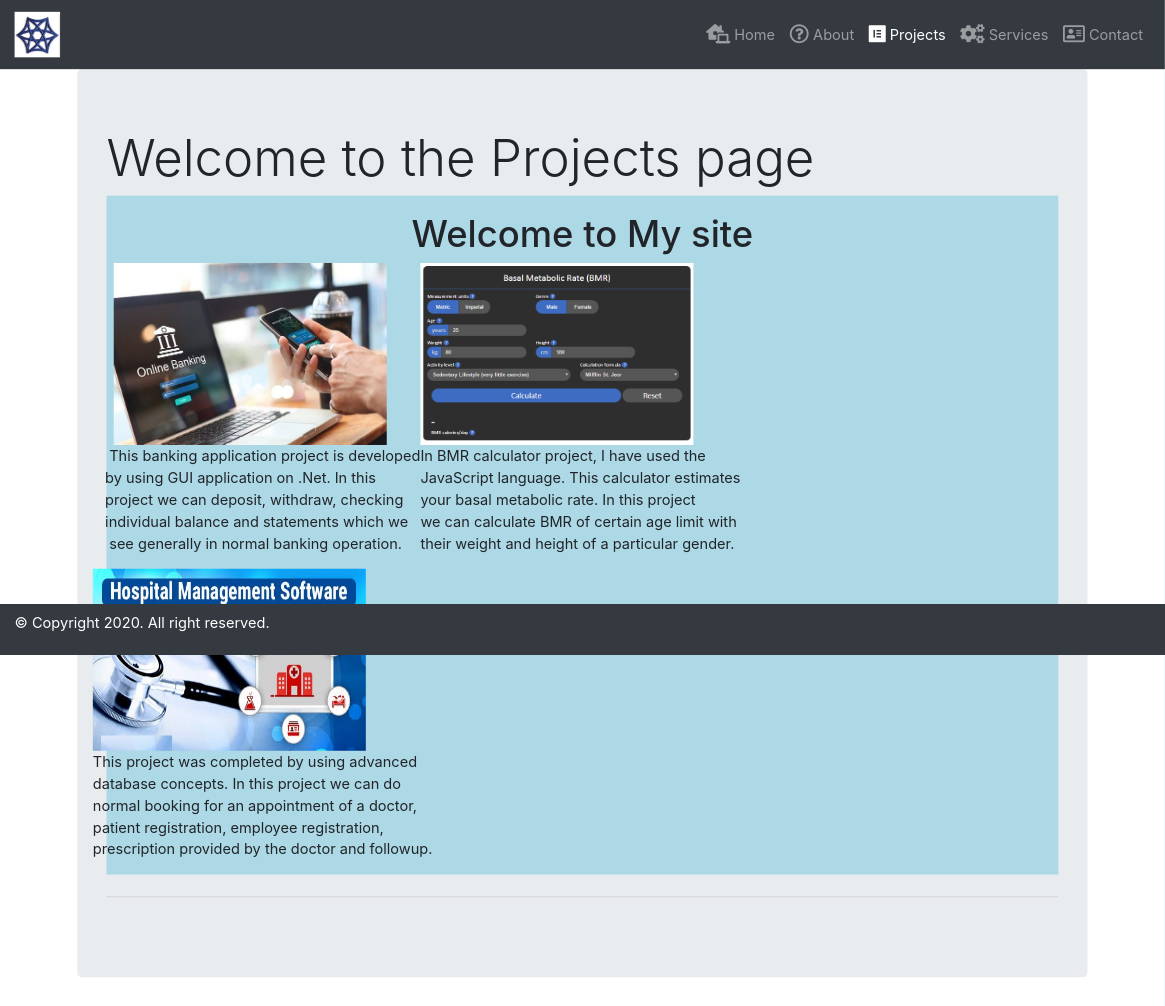
Repository: laxmangothe2020/COMP229Assignment
Page: http://localhost/projects
The author's editor kept a copy of each file at every save. The page is drawn from the files as they stood at one save, then again after the next save.
The browser window is 1280 px wide. The pictures show the whole page, at 91% of full size.
The page is served by the project's Node server (server.js). Other server files are loaded and not shown.

Above is the page before, as saved 2021-02-11 23:52:39.

### views/index.ejs

<%- include partials/header.ejs %>

   <%- include partials/main_nav.ejs %>

      <!-- Main Contain -->
   <main class="container">
    <div class="jumbotron">
    <h1 class="display-4"> Welcome to the <%= title %> page </h1>
    <!--Using Switch case all infornation passed through here-->
      <% switch (title) {
        case 'Home' : %>
        <%- include partials/home.ejs %>
                <% break;

        case 'About' : %>
        <%- include partials/about.ejs %>
                <% break;

        case 'Projects' : %>
        <%- include partials/projects.ejs %>
                <% break;

        case 'Services' : %>
        <%- include partials/services.ejs %>
                <% break;

        case 'Contact' : %>
        <%- include partials/contact.ejs %>
              <% break;
       } %>
      <hr class="my-4">
    </div>
  </main>

   <%- include partials/bottom_nav.ejs %>


    <%- include partials/footer.ejs %>

### views/partials/header.ejs

<!DOCTYPE html>
<html lang="en">
  <head>
   <meta charset="UTF-8">
   <meta name="viewport" content="with=device-width, initial-scale=1.0">
    <title><%= title %></title>

  <!-- CSS Section-->
  <link rel="stylesheet" href="/bootstrap/dist/css/bootstrap.min.css">
  <link rel="stylesheet" href="/@fortawesome/fontawesome-free/css/all.min.css">
  <link rel='stylesheet' href='/Content/app.css'/>

</head>
<body>

### views/partials/main_nav.ejs
<!-- Main Navigation -->
   <nav class="navbar navbar-expand-lg navbar-dark bg-dark">
      <a class="navbar-brand" href="/"><img src="./Assets/images/hexagon.jpg" alt="Hexagon picture" width="50" height="50"></a>
      <button class="navbar-toggler" type="button" data-toggle="collapse" data-target="#navbarSupportedContent" aria-controls="navbarSupportedContent" aria-expanded="false" aria-label="Toggle navigation">
       <span class="navbar-toggler-icon"></span>
     </button>

     <div class="collapse navbar-collapse" id="navbarSupportedContent">
        <ul class="navbar-nav ml-auto">

          <% if (title == "Home") { %>
        <li class="nav-item active">
        <% } else { %>
        <li class="nav-item">
        <% } %>
          <a class="nav-link" href="/home"><i class="fas fa-lg fa-laptop-house"></i> Home </a>
        </li>

        <% if (title == "About") { %>
          <li class="nav-item active">
          <% } else { %>
          <li class="nav-item">
          <% } %>
        <a class="nav-link" href="/about"><i class="far fa-lg fa-question-circle"></i> About </a>
        </li>

        <% if (title == "Projects") { %>
          <li class="nav-item active">
          <% } else { %>
          <li class="nav-item">
          <% } %>
        <a class="nav-link" href="/projects"><i class="fab fa-lg fa-elementor"></i> Projects </a>
        </li>

        <% if (title == "Services") { %>
          <li class="nav-item active">
          <% } else { %>
          <li class="nav-item">
          <% } %>
        <a class="nav-link" href="/services"><i class="fas fa-lg fa-cogs"></i> Services </a>
        </li>

        <% if (title == "Contact") { %>
          <li class="nav-item active">
          <% } else { %>
          <li class="nav-item">
          <% } %>
        <a class="nav-link" href="/contact"><i class="far fa-lg fa-address-card"></i> Contact </a>

        </li>

      </div>
    </nav>

### views/partials/home.ejs
<body>
   <div style="background-color: lightblue;margin-bottom: 10px">
                    <h3 style="padding-left: 40px;padding-top:10px;color: #AA7439"><h1 style="text-align:center;">Welcome to My site</h1>
                    <div style="width: 100%;height:100%;background-color:lightblue;">
                        <img src="./Assets/images/homeimg.png" alt="3D Picture" width="450" style="float: right;margin-left: 20px;margin-right:20px;">
                       <p style="padding-left:15px; padding-right: 10px; color:#696969;margin:20px;text-align: justify;line-height:1.7;padding-bottom: 20px;">
                           Your new MyWebsite Now is here! Let's build and publish your website together. We developed this series of help articles to introduce you to the basic functions of web design with your MyWebsite Now.Our industry software experts have years of experience building business automation web solutions for a number of verticals. We use custom APIs and our mastery of web services to build web-based automation services for applications like inventory control, digital marketing and customer relationship management.
                           <br> <br><b> MISSION STATEMENT </b><br><br>
                            My mission is to have a successful careers in software engineering and graduate education with a thorough understanding of software engineering and experiential learning opportunities to apply that knowledge to solve real-world problems.
                             </p>
                    </div>
                    </div>
        <p>
         <h5 style="text-align:center;"><a href="/about"> About Page</a></h5>
        </p>
         <div >
                <div class="social" style="float:left;clear:none;float: right;">

                   <img src="./Assets/images/fbcolor.png">

                   <img src="./Assets/images/InstaColor.png">

                    <img src="./Assets/images/twitterColor.png">
                    <img src="./Assets/images/gPlusColor.png">
               </div>
            </div>

</body>

### views/partials/about.ejs

         <div id="contentEditable">


                    <div style="background-color: lightblue;">
                        <h3 style="padding-left: 40px;padding-top:20px;color: #AA7439"><h3 style="text-align:center;"> About Me </h3>
                        <div style="width: 100%;height:100%;background-color:lightblue;">
                            <img src="./Assets/images/laxman.jpeg" alt="Security for Life" width="300" style="float: right;margin-left: 30px;margin-right:30px">
                           <p style="padding-left:15px; padding-right: 10px; color:#696969;margin:20px;text-align: justify;line-height:1.7;padding-bottom: 20px;">
                             Hello, my name is Laxman Gothe. Currently, I am a student of Software Engineering Technology in the 3rd semester. I am from Nepal. I believe that learning never ends. I love hiking, rafting, and traveling to new places in my free time.
                             <br>
                             <br>
                             Regarding to my education, I had completed a bachlor's degree in Electronics and Communication Engineering fro Tribhuvan University, Nepal.
                             <br>
                             <br>
                             I had enrolled in Software Engineering Technology at Centennial College to a software developer and currently I am enrolled in 3rd semester. Software technology is my first subject that I am taking in Canada and I am enjoying it as it is my part of interest too.
                             <br>
                             <br>
                             Thank You
                             <br>
                             <br>
                             With Regards
                             <br>
                             <br>
                             Laxman Gothe
                             <br>
                             <br>
                             301102988

                           </p>
                       </div>


                    </div>
        </div>
<p>
<h5 style="text-align:center;"><a href="/public/PDF/resume.pdf"> Resume </a></h5>
</p>

### views/partials/projects.ejs
<body>
    <div id="holdingContainer">
 <div style="background-color: lightblue;margin-bottom: 15px">
     <h3 style="padding-left: 40px;padding-top:10px;color: #AA7439">
        <h1 style="text-align:center;">Welcome to My site</h1>
        <div style="width: 100%;height:100%;background-color:lightblue;"></div>
          <div id="contentEditable">
            <div class = "row">
             <div class="column">
              &nbsp;&nbsp;&nbsp;&nbsp;&nbsp;<img src="./Assets/images/banking.jpg" width="300" height="200">
              <p>&nbsp;&nbsp;&nbsp; This banking application project is developed<br>
                &nbsp;&nbsp;&nbsp;by using GUI application on .Net. In this  <br>
                &nbsp;&nbsp;&nbsp;project we can deposit, withdraw, checking<br>
                &nbsp;&nbsp;&nbsp;individual balance and statements which we <br>
                &nbsp;&nbsp;&nbsp; see generally in normal banking operation.</p>
            </div>


           <div class="column">
             <img src="./Assets/images/bmr.png" width="300" height="200" >
              <p> In BMR calculator project, I have used the<br>
                  JavaScript language. This calculator estimates <br>
                  your basal metabolic rate. In this project <br>
                  we can calculate BMR of certain age limit with <br>
                  their weight and height of a particular gender.</p>
           </div>



           <div class="column">
               <img src="./Assets/images/hospital.jpg" width="300" height="200" >
               <p> This project was completed by using advanced<br>
                   database concepts. In this project we can do <br>
                   normal booking for an appointment of a doctor,<br>
                   patient registration, employee registration,<br>
                   prescription provided by the doctor and followup.</p>
           </div>
        </div>

      </div>
  </div>
</div>
 </body>

### views/partials/services.ejs


<div class="row">
    <div class="column">
        <img src="./Assets/images/mobile.jpg" width="350" height="250" >
    </div>
    <div class="column">
        <img src="./Assets/images/game.jpg" width="350" height="250" >
    </div>
    <div class="column">
        <img src="./Assets/images/quality.jpg" width="350" height="250" >
    </div>
    <br><p><b>Services we provides are:</b></p><br>
    <br><ul style="list-style-image:url(images/bullet.png);">
    <li>Mobile Development  📱</li>
    <li>Game Development  🎮</li>
    <li>Quality Assurance  🎖️</li>
    <li>Website Design  🌐</li>
    <li>Technical Support  ♻️</li>
    </ul>
</div>

### views/partials/contact.ejs
<body>
 <div style="background-color: lightblue;margin-bottom: 10px">
  <h3 style="padding-left: 40px;padding-top:10px;color: #AA7439"><h1 style="text-align:center;">Welcome to My site</h1>
   <div style="width: 100%;height:100%;background-color:lightblue;">
      <div class="container">
       <h5 class="display-5">Please Fillup the following details</h5>
         <div id="errorMessage" class="alert alert-danger" role="alert" hidden>
       </div>

     <form id="conactForm">
      <div class="form-group">
        <label for="firstName">First Name</label>
        <input type="text" class="form-control" id="firstName" name="firstName" aria-describedby="firstName"
        placeholder="Enter First Name" required autofocus>
      </div>

      <div class="form-group">
        <label for="lastName">Last Name</label>
        <input type="text" class="form-control" id="lastName" name="lastName" aria-describedby="lastName"
        placeholder="Enter Last Name" required>
      </div>

      <div class="form-group">
        <label for="contactNumber">Contact Number</label>
        <input type="tel" class="form-control" id="contactNumber" name="contactNumber" aria-describedby="contactNumber"
        placeholder="Enter Contact Number" required>
      </div>

      <div class="form-group">
        <label for="emailAddress">Email address</label>
        <input type="email" class="form-control" id="emailAddress" name="emailAddress" aria-describedby="emailAddress"
        placeholder="Enter Email" required>
      </div>

      <div class="form-group">
        <label for="shortMessage">Your Message</label>
        <textarea class="form-control" id="shortMessage"  name="shortMessage" rows="3" aria-describedby="shortMessage" placeholder="--If you have Short message, please write here--" required></textarea></textarea>
      </div>

      <button type="button" class="btn btn-outline-success">Submit</button></a>
      <!--<button id="submitButton" type="submit" class="btn btn-primary btn-lg"><i class="fas fa-share-square"></i> Send</button> -->
      <button type="button" class="btn btn-outline-danger">Cancel</button>
     </form>
     </div>
    </div>
   </div>
   </body>

### views/partials/bottom_nav.ejs
<!-- Bottom Nav -->

    <footer>

       <nav class="navbar fixed-bottom navbar-dark bg-dark">
           <p style="color:white;">&copy; Copyright 2020. All right reserved.</p>
       </nav>

    </footer>

### views/partials/footer.ejs
<!-- Script Section-->
    <script src="/jquery/dist/jquery.min.js"></script>
    <script src="/bootstrap/dist/js/bootstrap.min.js"></script>
    <script src="/Scripts/app.js"></script>
 </body>
</html>

### server.js
#!/usr/bin/env node

/**
 * Module dependencies.
 */

let app = require('./app');
let debug = require('debug')('week4:server');
let http = require('http');

/**
 * Get port from environment and store in Express.
 */

let port = normalizePort(process.env.PORT || '3000');
app.set('port', port);

/**
 * Create HTTP server.
 */

let server = http.createServer(app);

/**
 * Listen on provided port, on all network interfaces.
 */

server.listen(port);
server.on('error', onError);
server.on('listening', onListening);

/**
 * Normalize a port into a number, string, or false.
 */

function normalizePort(val) {
  let port = parseInt(val, 10);

  if (isNaN(port)) {
    // named pipe
    return val;
  }

  if (port >= 0) {
    // port number
    return port;
  }

  return false;
}

/**
 * Event listener for HTTP server "error" event.
 */

function onError(error) {
  if (error.syscall !== 'listen') {
    throw error;
  }

  let bind = typeof port === 'string'
    ? 'Pipe ' + port
    : 'Port ' + port;

  // handle specific listen errors with friendly messages
  switch (error.code) {
    case 'EACCES':
      console.error(bind + ' requires elevated privileges');
      process.exit(1);
      break;
    case 'EADDRINUSE':
      console.error(bind + ' is already in use');
      process.exit(1);
      break;
    default:
      throw error;
  }
}

/**
 * Event listener for HTTP server "listening" event.
 */

function onListening() {
  let addr = server.address();
  let bind = typeof addr === 'string'
    ? 'pipe ' + addr
    : 'port ' + addr.port;
  debug('Listening on ' + bind);
}

### routes/index.js
var express = require('express');
var router = express.Router();

/* GET home page. */
router.get('/', function(req, res, next) {
  res.render('index', { title: 'Home'});
});

/* GET home page. */
router.get('/home', function(req, res, next) {
  res.render('index', { title: 'Home'});
});

/* GET About page. */
router.get('/about', function(req, res, next) {
  res.render('index', { title: 'About'});
});

/* GET Products page. */
router.get('/projects', function(req, res, next) {
  res.render('index', { title: 'Projects'});
});

/* GET Services page. */
router.get('/services', function(req, res, next) {
  res.render('index', { title: 'Services'});
});


/* GET Contact us page. */
router.get('/contact', function(req, res, next) {
  res.render('index', { title: 'Contact'});
});

module.exports = router;

### app.js
//installed third party packages
let createError = require('http-errors');
let express = require('express');
let path = require('path');
let cookieParser = require('cookie-parser');
let logger = require('morgan');

let indexRouter = require('./routes/index');
let usersRouter = require('./routes/users');

let app = express();

// view engine setup
app.set('views', path.join(__dirname, 'views'));
app.set('view engine', 'ejs');

app.use(logger('dev'));
app.use(express.json());
app.use(express.urlencoded({ extended: false }));
app.use(cookieParser());
app.use(express.static(path.join(__dirname, 'public')));
app.use(express.static(path.join(__dirname, 'node_modules')));

app.use('/', indexRouter);
app.use('/users', usersRouter);
app.use('/public/images', express.static('./public/images') ) ;
app.use('/public/PDF', express.static('./public/PDF'));
app.use('/views/partials', express.static('./views/partials'));


// catch 404 and forward to error handler
app.use(function(req, res, next) {
  next(createError(404));
});

// error handler
app.use(function(err, req, res, next) {
  // set locals, only providing error in development
  res.locals.message = err.message;
  res.locals.error = req.app.get('env') === 'development' ? err : {};

  // render the error page
  res.status(err.status || 500);
  res.render('error');
  res.render('error', {title: 'Error'});
});

module.exports = app;

### public/Content/app.css
/* Custom CSS goes here */

### public/Scripts/app.js
// IIFE
(function(){
    function start()
    {
        console.log("App started...")
    }
    window.addEventListener("load", start);

})();

After the next save:
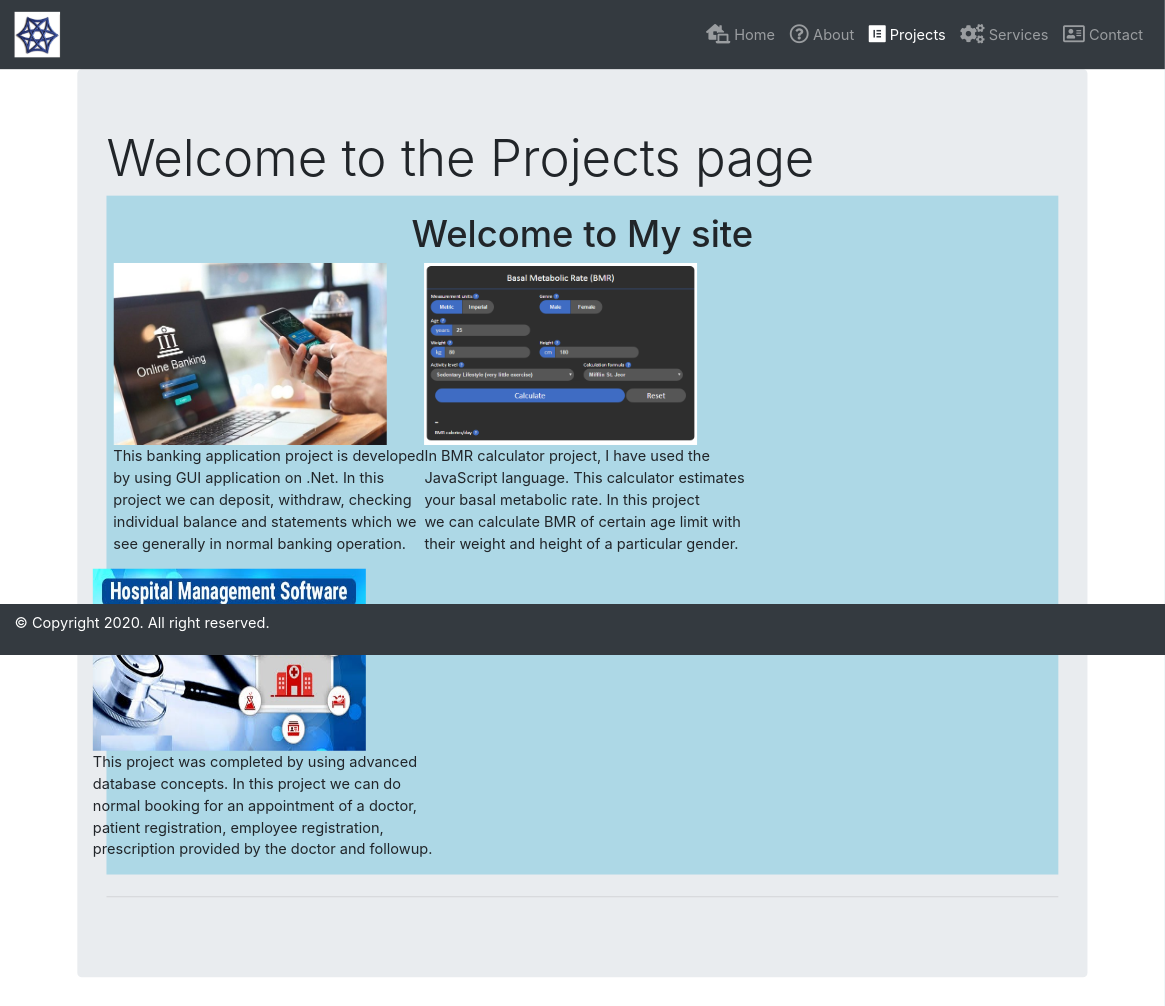
Saved 56 s later.
--- a/views/partials/projects.ejs
+++ b/views/partials/projects.ejs
@@ -7,12 +7,12 @@
           <div id="contentEditable">
             <div class = "row">
              <div class="column">
-              &nbsp;&nbsp;&nbsp;&nbsp;&nbsp;<img src="./Assets/images/banking.jpg" width="300" height="200">
-              <p>&nbsp;&nbsp;&nbsp; This banking application project is developed<br>
-                &nbsp;&nbsp;&nbsp;by using GUI application on .Net. In this  <br>
-                &nbsp;&nbsp;&nbsp;project we can deposit, withdraw, checking<br>
-                &nbsp;&nbsp;&nbsp;individual balance and statements which we <br>
-                &nbsp;&nbsp;&nbsp; see generally in normal banking operation.</p>
+               &nbsp;&nbsp;&nbsp;&nbsp;&nbsp;<img src="./Assets/images/banking.jpg" width="300" height="200">
+              <p>&nbsp;&nbsp;&nbsp;&nbsp;&nbsp;This banking application project is developed<br>
+                &nbsp;&nbsp;&nbsp;&nbsp;&nbsp;by using GUI application on .Net. In this  <br>
+                &nbsp;&nbsp;&nbsp;&nbsp;&nbsp;project we can deposit, withdraw, checking<br>
+                &nbsp;&nbsp;&nbsp;&nbsp;&nbsp;individual balance and statements which we <br>
+                &nbsp;&nbsp;&nbsp;&nbsp;&nbsp;see generally in normal banking operation.</p>
             </div>
 
 
